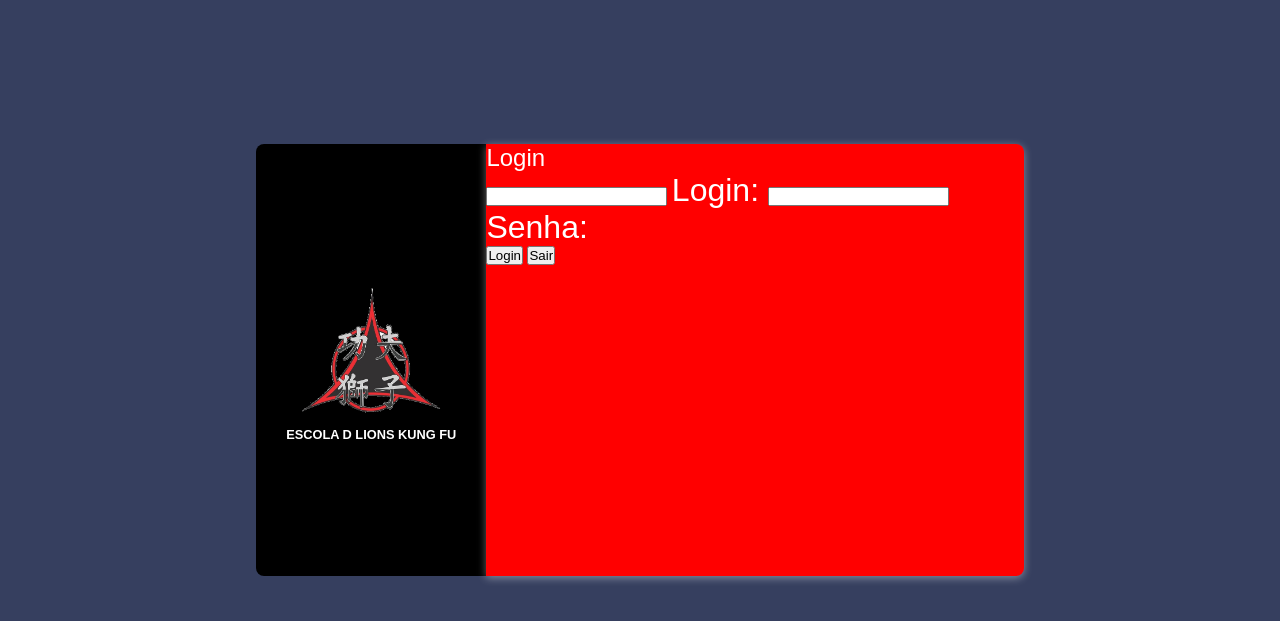
Repository: samantaProspero/projeto_integrador
Page: Versão Atual/PI_Vanila/index.html
An editor plug-in stored every save of this project. The page is shown before and after the next save, followed by the edit.
The browser window is 1280 px wide. The pictures show the whole page.

Above is the page before, as saved 2021-11-04 15:04:31.
Not found: Versão Atual/PI_Vanila/js/script.js

After the next save:
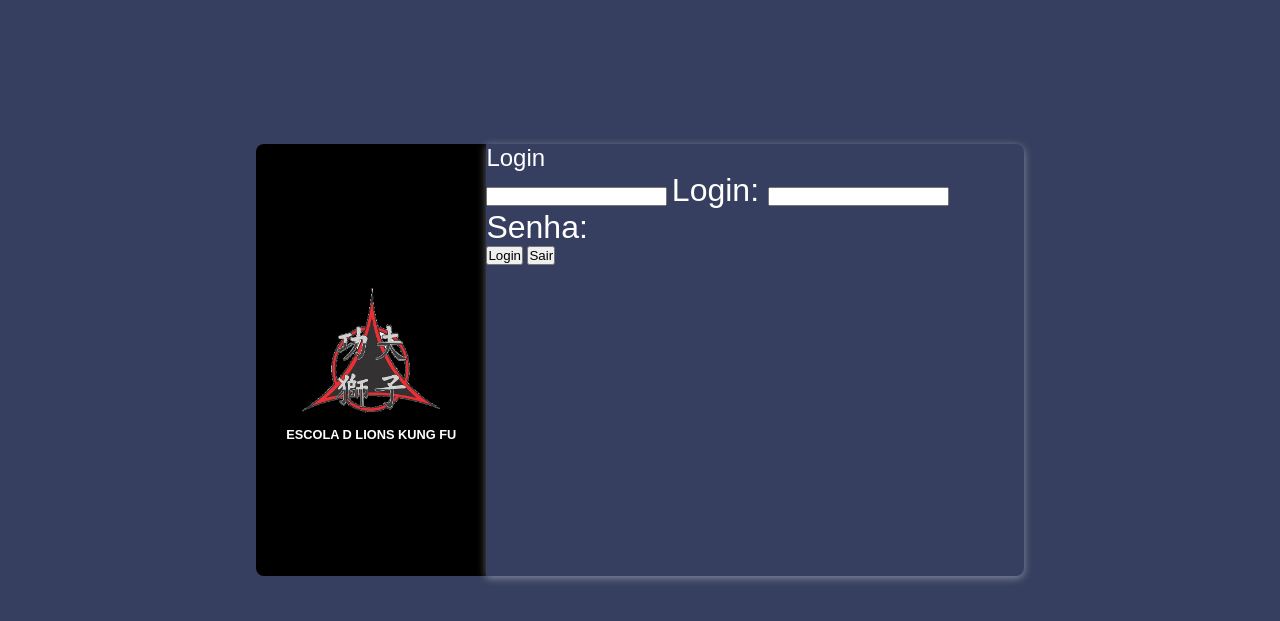
Saved 25 s later.
--- a/Versão Atual/PI_Vanila/_css/style.css
+++ b/Versão Atual/PI_Vanila/_css/style.css
@@ -42,7 +42,7 @@
 .area-login {
   width: 70%;
   height: 100%;
-  background-color: red;
+  background-color: var();
   border-radius: 0 8px 8px 0;
   box-shadow: 0 2px 8px rgba(255, 255, 255, 0.4);
 }

After the 2 saves that followed:
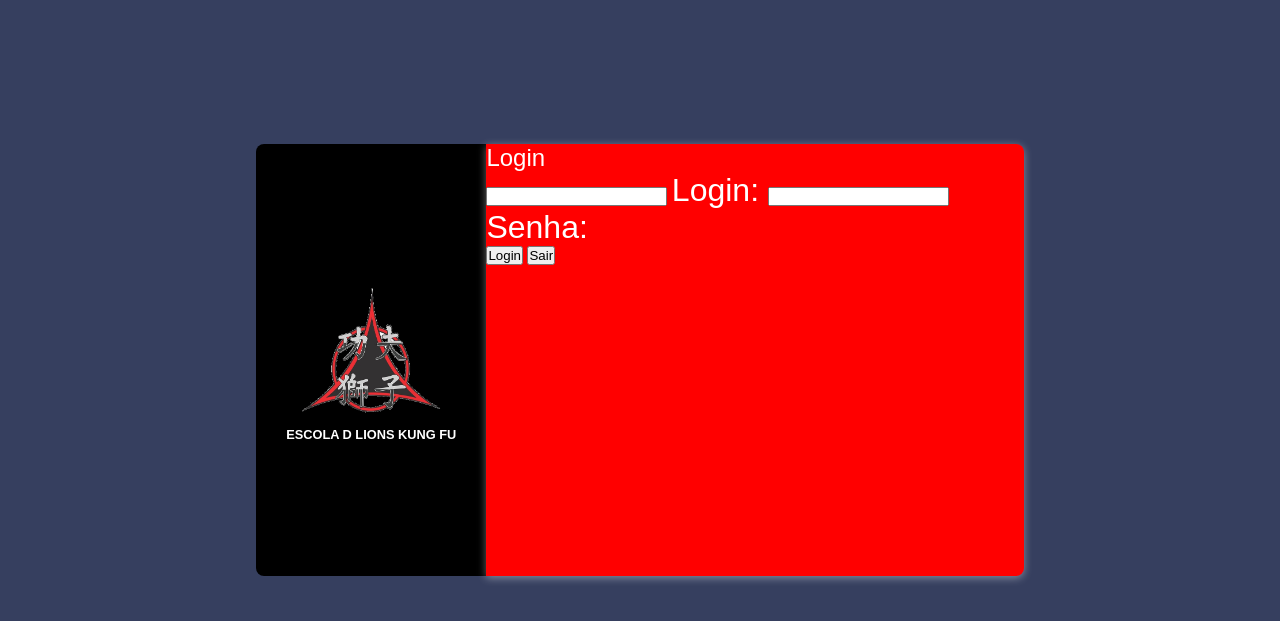
The 2 saves are shown as one change because they came seconds apart.
The last was saved 5 s later.
--- a/Versão Atual/PI_Vanila/_css/style.css
+++ b/Versão Atual/PI_Vanila/_css/style.css
@@ -42,7 +42,7 @@
 .area-login {
   width: 70%;
   height: 100%;
-  background-color: var();
+  background-color: var(--primary);
   border-radius: 0 8px 8px 0;
   box-shadow: 0 2px 8px rgba(255, 255, 255, 0.4);
 }
